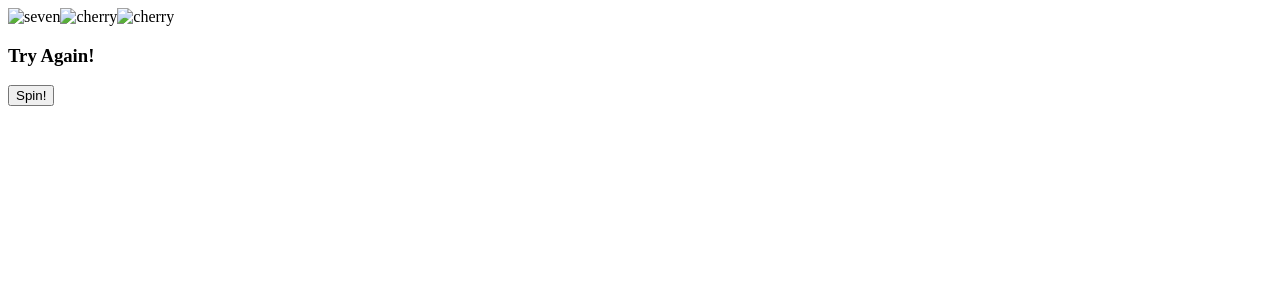
Repository: TheRealCisco/f2017CST336
Page: http://localhost/777/index.php
The author's editor kept a record of every edit. The page is drawn from the files as they stood at one moment, then again after the next edit.
The browser window is 1280 px wide. The pictures show the whole page.
The page is run by PHP 8.4 with error messages shown; the project is at /var/www/html/.

Above is the page before.

After the next edit:
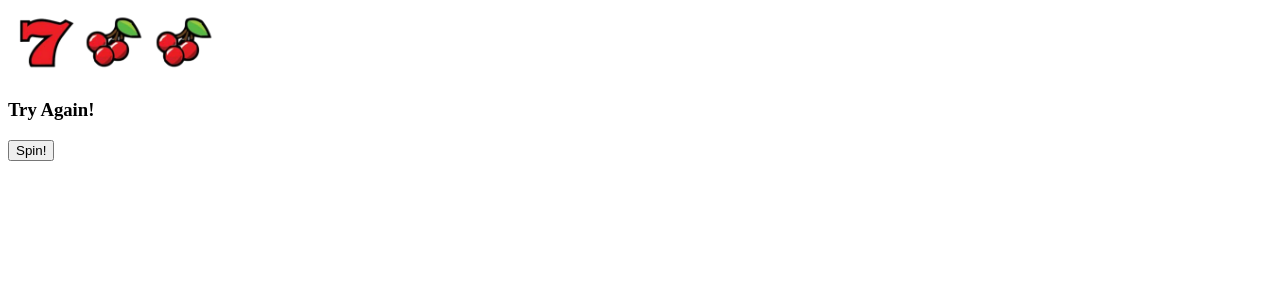
The edit:
--- a/777/inc/functions.php
+++ b/777/inc/functions.php
@@ -11,7 +11,7 @@
             break;
 
         }
-         echo"<img id = src='img/$symbol.png' alt ='$symbol' title='".ucfirst($symbol)."' width='70'>";
+         echo"<img id ='reel$pos' src='img/$symbol.png' alt ='$symbol' title='".ucfirst($symbol)."' width='70'>";
 
     }
             function displayPoints($randomValue1,$randomValue2,$randomValue3){
